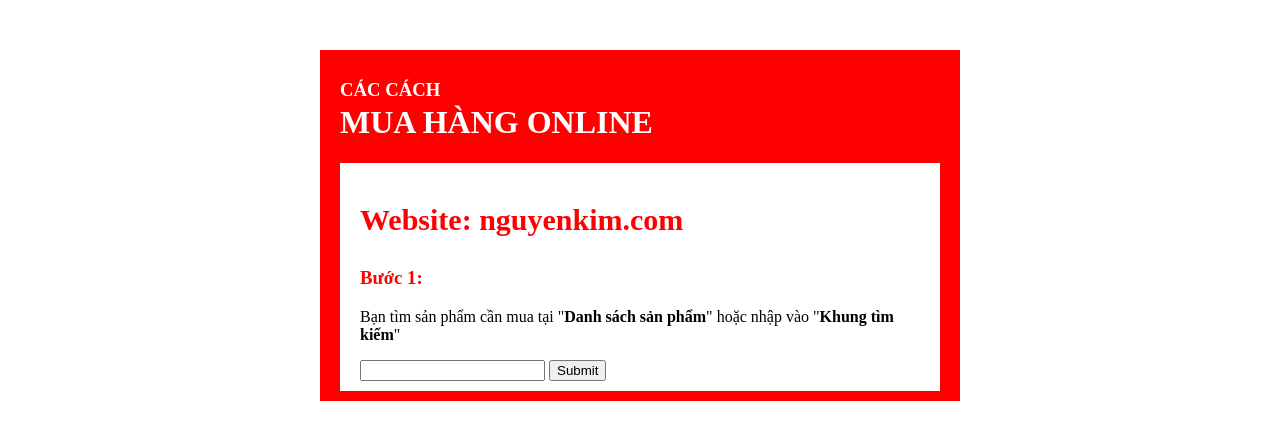
Repository: Tan-Khang21/TH_TKW--Buoi_01
Page: Buoi_01/BT_tren_lop/BT_06/main.html
These files come from the project's save history. The page is drawn as it stood at one moment and after a run of saves; the edit follows.
The browser window is 1280 px wide. The pictures show the whole page.

Above is the page before, as saved 2024-01-23 16:22:09.

### Buoi_01/BT_tren_lop/BT_06/main.html
<!DOCTYPE html>
<html lang="en">
  <head>
    <meta charset="UTF-8" />
    <meta name="viewport" content="width=device-width, initial-scale=1.0" />
    <title>Document</title>
    <link rel="stylesheet" href="style.css" />
  </head>
  <body>
    <div class="cover">
        <h3 style="color: white;">CÁC CÁCH</h3>
        <h1>MUA HÀNG ONLINE</h1>
        <div class="content">
            <h3 style="font-size: 30px;">Website: nguyenkim.com </h3>
         <h3>Bước 1:</h3>
         <p>Bạn tìm sản phẩm cần mua tại "<b>Danh sách sản phẩm</b>" hoặc nhập vào "<b>Khung tìm kiếm</b>"</p>
            <form>
              <input type="text" />
              <input type="submit" name="find" />
            </form>
        </div>

</div>
  </body>
</html>

### Buoi_01/BT_tren_lop/BT_06/style.css
.cover{
    width: 600px;
    margin: 50px auto;
    background-color: red;
    padding: 10px 20px;
}
h1{
    margin-top: -15px;
    color: white;
}
.content{
    background-color: white;
    padding: 10px 20px;
}
.content h3{
    color:red;
    font-weight: bold;
}

After the next 2 saves:
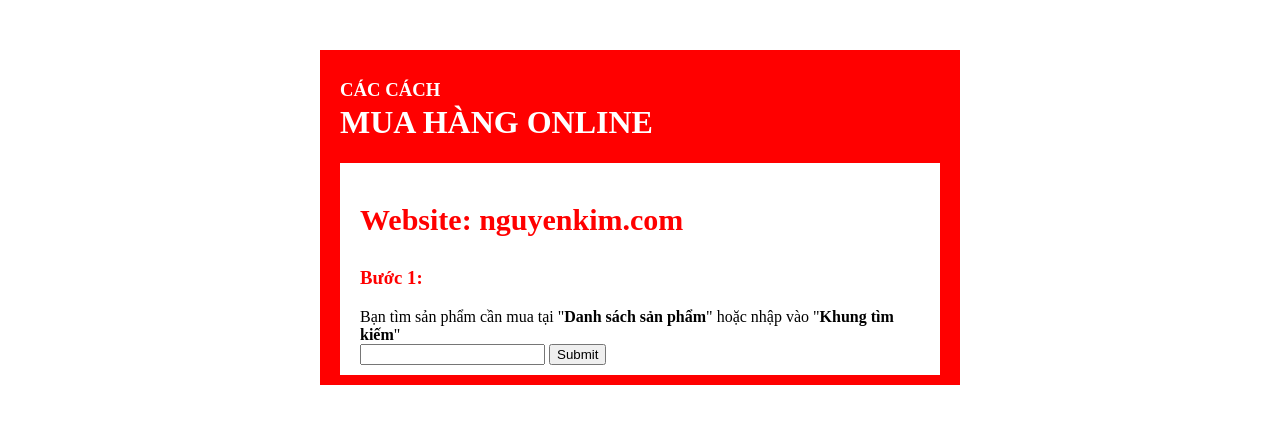
The 2 saves are shown as one change because they came seconds apart.
The last was saved 32 s later.
--- a/Buoi_01/BT_tren_lop/BT_06/main.html
+++ b/Buoi_01/BT_tren_lop/BT_06/main.html
@@ -13,7 +13,7 @@
         <div class="content">
             <h3 style="font-size: 30px;">Website: nguyenkim.com </h3>
          <h3>Bước 1:</h3>
-         <p>Bạn tìm sản phẩm cần mua tại "<b>Danh sách sản phẩm</b>" hoặc nhập vào "<b>Khung tìm kiếm</b>"</p>
+         <p style="display: inline;">Bạn tìm sản phẩm cần mua tại "<b>Danh sách sản phẩm</b>" hoặc nhập vào "<b>Khung tìm kiếm</b>"</p>
             <form>
               <input type="text" />
               <input type="submit" name="find" />

After the save that followed:
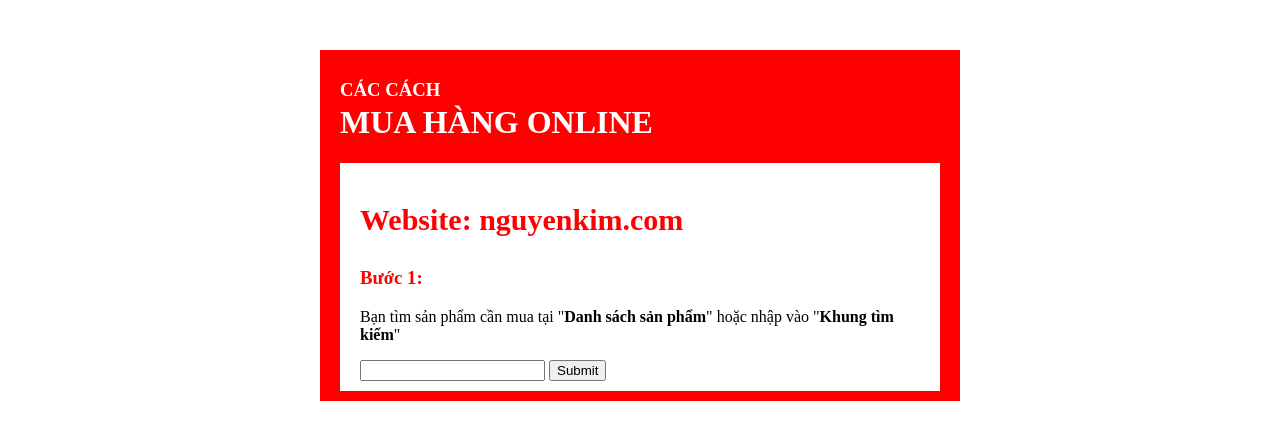
Saved 7 s later.
--- a/Buoi_01/BT_tren_lop/BT_06/main.html
+++ b/Buoi_01/BT_tren_lop/BT_06/main.html
@@ -13,7 +13,7 @@
         <div class="content">
             <h3 style="font-size: 30px;">Website: nguyenkim.com </h3>
          <h3>Bước 1:</h3>
-         <p style="display: inline;">Bạn tìm sản phẩm cần mua tại "<b>Danh sách sản phẩm</b>" hoặc nhập vào "<b>Khung tìm kiếm</b>"</p>
+         <p style="display: block;">Bạn tìm sản phẩm cần mua tại "<b>Danh sách sản phẩm</b>" hoặc nhập vào "<b>Khung tìm kiếm</b>"</p>
             <form>
               <input type="text" />
               <input type="submit" name="find" />
